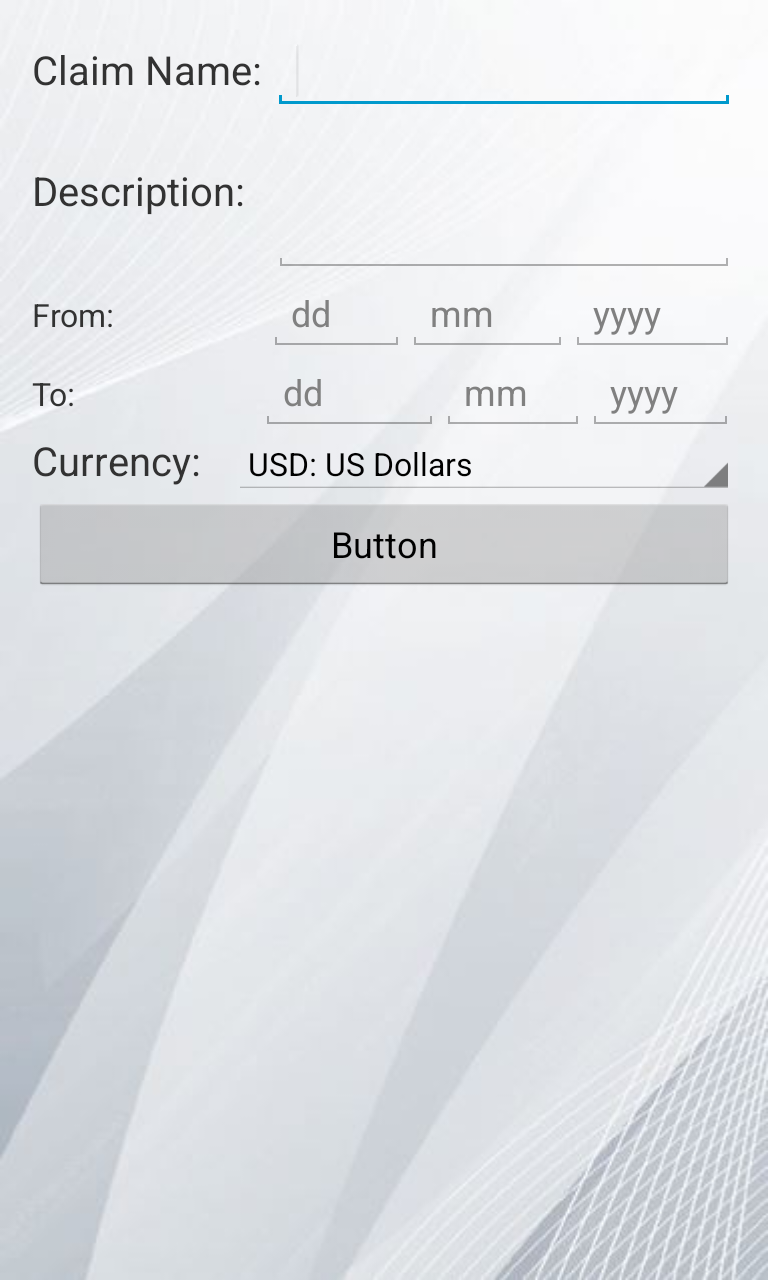
Repository: eorodrig/eorodrigTravelLogger
Layout: TravelLogger/res/layout/activity_new_claim.xml
An editor plug-in stored every save of this project. The layout is shown before and after the next save, followed by the edit.
It is drawn on a 768 x 1280 px phone screen (xhdpi) without system bars, with theme AppTheme; the app's code is not run. The app's manifest (not shown) leaves right-to-left support off. So textAlignment, textDirection and layoutDirection are ignored, and left and right values win over start and end ones.

Above is the layout before, as saved 2015-01-16 07:03:42.

### TravelLogger/res/layout/activity_new_claim.xml
<RelativeLayout xmlns:android="http://schemas.android.com/apk/res/android"
    xmlns:tools="http://schemas.android.com/tools"
    android:layout_width="wrap_content"
    android:layout_height="wrap_content"
    android:paddingBottom="@dimen/activity_vertical_margin"
    android:paddingLeft="@dimen/activity_horizontal_margin"
    android:paddingRight="@dimen/activity_horizontal_margin"
    android:paddingTop="@dimen/activity_vertical_margin"
    android:background="@drawable/bg"
    tools:context="com.example.travellogger.NewClaimActivity" >

    <LinearLayout
        android:layout_width="match_parent"
        android:layout_height="wrap_content"
        android:orientation="vertical" >

        <LinearLayout
            android:layout_width="match_parent"
            android:layout_height="wrap_content" >

            <TextView
                android:id="@+id/textView1"
                android:layout_width="120dp"
                android:layout_height="wrap_content"
                android:text="@string/claim_name"
                android:textSize="20sp" />

            <EditText
                android:id="@+id/NewClaimNameText"
                android:layout_width="wrap_content"
                android:layout_height="wrap_content"
                android:layout_weight="1" >

                <requestFocus />
            </EditText>

        </LinearLayout>

        <LinearLayout
            android:layout_width="match_parent"
            android:layout_height="wrap_content" >

            <TextView
                android:id="@+id/textView2"
                android:layout_width="120dp"
                android:layout_height="wrap_content"
                android:text="@string/claim_description"
                android:textSize="20sp" />

            <EditText
                android:id="@+id/editText2"
                android:layout_width="wrap_content"
                android:layout_height="wrap_content"
                android:layout_weight="1"
                android:inputType="textMultiLine"
                android:lines="3" />

        </LinearLayout>

        <LinearLayout
            android:layout_width="match_parent"
            android:layout_height="wrap_content" >

            <TextView
                android:id="@+id/textView3"
                android:layout_width="75dp"
                android:layout_height="wrap_content"
                android:layout_weight="1.68"
                android:text="@string/from_date"
                android:textAlignment="textEnd"
                android:textSize="16sp" />

            <EditText
                android:id="@+id/editText3"
                android:layout_width="wrap_content"
                android:layout_height="wrap_content"
                android:layout_weight="1"
                android:hint="dd"
                android:inputType="number" />

            <EditText
                android:id="@+id/editText4"
                android:layout_width="wrap_content"
                android:layout_height="wrap_content"
                android:layout_weight="1"
                android:hint="mm"
                android:inputType="number" />

            <EditText
                android:id="@+id/editText5"
                android:layout_width="wrap_content"
                android:layout_height="wrap_content"
                android:layout_weight="1"
                android:hint="yyyy"
                android:inputType="number" />

        </LinearLayout>

        <LinearLayout
            android:layout_width="match_parent"
            android:layout_height="wrap_content" >

            <TextView
                android:id="@+id/textView4"
                android:layout_width="75dp"
                android:layout_height="wrap_content"
                android:layout_weight="0.31"
                android:text="@string/to_date"
                android:textSize="16sp" />

            <EditText
                android:id="@+id/editText6"
                android:layout_width="22dp"
                android:layout_height="wrap_content"
                android:layout_weight="0.55"
                android:ems="10"
                android:hint="dd"
                android:inputType="number" />

            <EditText
                android:id="@+id/editText7"
                android:layout_width="68dp"
                android:layout_height="wrap_content"
                android:layout_weight="0.04"
                android:ems="10"
                android:hint="mm"
                android:inputType="number" />

            <EditText
                android:id="@+id/editText8"
                android:layout_width="66dp"
                android:layout_height="wrap_content"
                android:layout_weight="0.07"
                android:ems="10"
                android:hint="yyyy"
                android:inputType="number" />

        </LinearLayout>

        <LinearLayout
            android:layout_width="match_parent"
            android:layout_height="wrap_content" >

            <TextView
                android:id="@+id/textView5"
                android:layout_width="100dp"
                android:layout_height="wrap_content"
                android:text="@string/currency_type"
                android:textSize="20sp" />

            <Spinner
                android:id="@+id/spinner1"
                android:layout_width="wrap_content"
                android:layout_height="wrap_content"
                android:layout_weight="1"
                android:entries="@array/currency_spinner" />

        </LinearLayout>

        <Button
            android:id="@+id/button1"
            android:layout_width="match_parent"
            android:layout_height="wrap_content"
            android:text="Button" />

    </LinearLayout>

</RelativeLayout>

### TravelLogger/res/values/strings.xml
<?xml version="1.0" encoding="utf-8"?>
<resources>

    <string name="app_name">Expense Logger</string>
    <string name="hello_world">Hello world!</string>
    <string name="action_settings">Settings</string>
    <string name="title_activity_new_claim">Add New Claim</string>

    <string name="claim_name">Claim Name:</string>
    <string name="claim_description">Description:</string>
    <string name="from_date">From:</string>
    <string name="to_date">To:</string>
    <string name="currency_type">Currency:</string>

    <string-array name="currency_spinner">
        <item>USD: US Dollars</item>
        <item>CAD: Canadian Dollars</item>
        <item>EUR: Euro</item>
        <item>GBP: Pounds</item>
        <item>CNY: Chinese Yen</item>
        <item>RUB: Rubble</item>
    </string-array>

    <string name="add_claim_button">Add Claim</string>

</resources>

Loaded but not shown: TravelLogger/res/values/styles.xml (common file); TravelLogger/res/values-v11/styles.xml (common file); TravelLogger/res/values-v14/styles.xml (common file); TravelLogger/res/values/dimens.xml (common file); TravelLogger/res/values-w820dp/dimens.xml (common file)

After the next save:
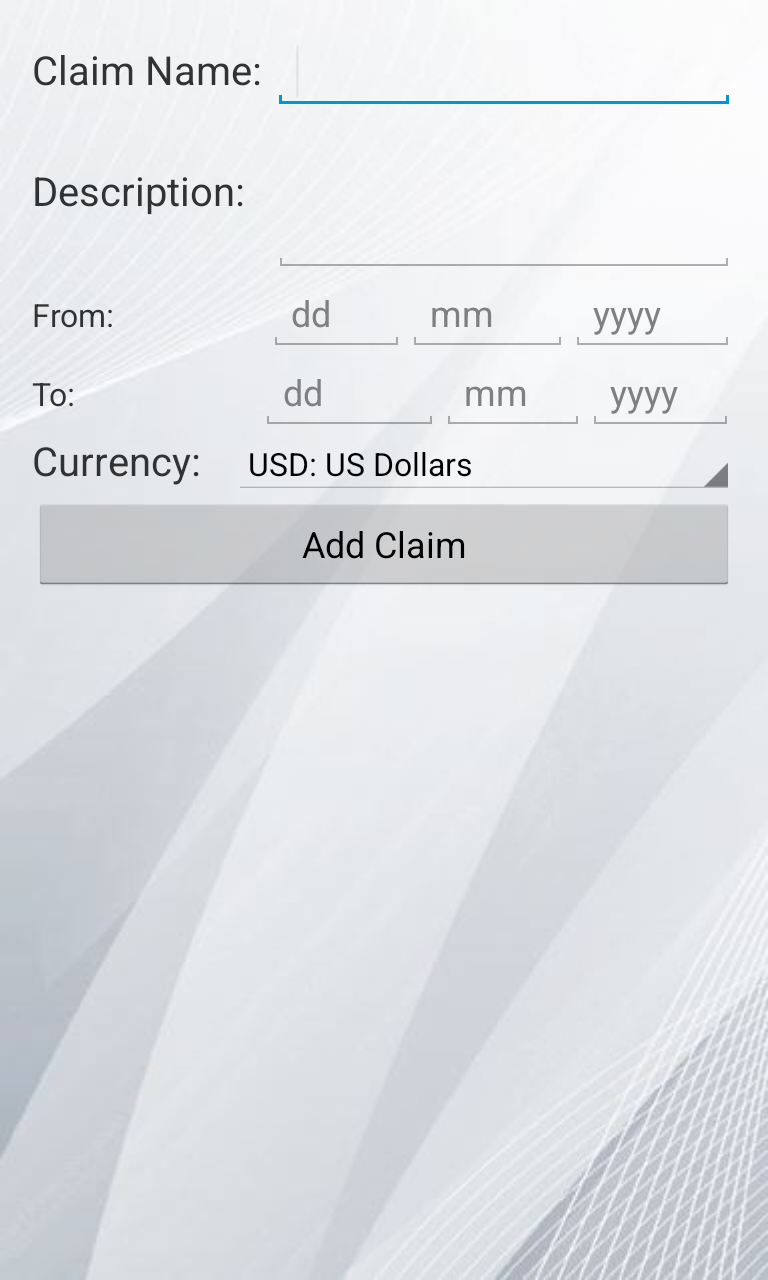
Saved 8 s later.
--- a/TravelLogger/res/layout/activity_new_claim.xml
+++ b/TravelLogger/res/layout/activity_new_claim.xml
@@ -161,7 +161,7 @@
             android:id="@+id/button1"
             android:layout_width="match_parent"
             android:layout_height="wrap_content"
-            android:text="Button" />
+            android:text="@string/add_claim_button" />
 
     </LinearLayout>
 
